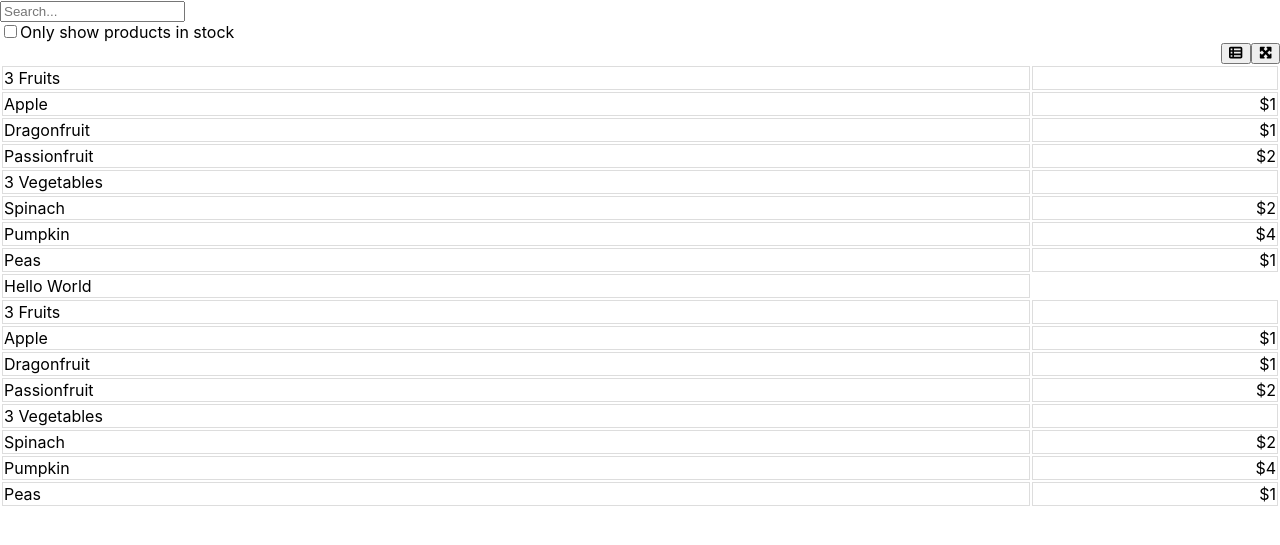
Repository: mariocapitbrok/reactjs-learn
Page: / (app in 05_filtered-data-table/)
The author's editor kept a copy of each file at every save. The page is drawn from the files as they stood at one save, then again after the next save.
The browser window is 1280 px wide. The pictures show the whole page.
The project was rebuilt for these pictures with package versions that can differ from the ones it lists, and the page was loaded fresh each time. Also part of the build but not shown: 05_filtered-data-table/src/components/Table/Caption.jsx, 05_filtered-data-table/src/components/Table/THead.jsx, 05_filtered-data-table/src/components/Table/TBody.jsx, 05_filtered-data-table/src/components/Table/Tr.jsx, 05_filtered-data-table/src/components/Table/Th.jsx.

Above is the page before, as saved 2023-02-28 14:00:19.

### 05_filtered-data-table/src/App.js
import SearchInput from './components/SearchInput'
import ToogleOption from './components/ToogleOption'
import Table from './components/Table'
import tableData from './data/tableData'
import './App.css'

function App() {
  return (
    <div className="App">
      <SearchInput />
      <ToogleOption />
      <Table id="my-table" data={tableData} />
    </div>
  )
}

export default App

### 05_filtered-data-table/src/components/SearchInput.jsx
function SearchInput() {
  return (
    <div>
      <input type="text" placeholder="Search..." />
    </div>
  )
}

export default SearchInput

### 05_filtered-data-table/src/components/ToogleOption.jsx
function ToogleOption() {
  return (
    <div>
      <label>
        <input type="checkbox" />
        {`Only show products in stock`}
      </label>
    </div>
  )
}

export default ToogleOption

### 05_filtered-data-table/src/components/Table.jsx
import TopMenu from './Table/TopMenu'
import '../App.css'

function Table({ id, classes, data }) {
  let className = classes ? classes : 'capitbrok'
  return (
    <>
      <TopMenu />
      <table id={id} className={className}>
        {data}
      </table>
    </>
  )
}

export default Table

### 05_filtered-data-table/src/data/tableData.js
import Caption from '../components/Table/Caption'
import THead from '../components/Table/THead'
import TBody from '../components/Table/TBody'
import TFoot from '../components/Table/TFoot'
import Tr from '../components/Table/Tr'
import Th from '../components/Table/Th'
import Td from '../components/Table/Td'

const products = require('./products')
const groupData = require('../components/Table/helpers/groupData')
const createUniqueKey = require('../components/Table/helpers/createUniqueKey')

const headers = {
  name: null,
  price: null,
}

let rows = []
let jsxRows = []

const categories = groupData(products, 'category').map(i => ({
  category: `${i.itemsCount} ${i.category}`,
  itemsCount: ``,
  items: i.items,
}))
categories.forEach(c => {
  const { items, ...rest } = c
  rows.push({ ...rest })
  rows.push(...items.map(i => ({ name: i.name, price: i.price })))
})

jsxRows.push(...createRows(rows, false))

/* console.log(createUniqueKey())
console.log(rows)
console.log(jsxRows) */

const tableData = (
  <>
    <TFoot>{jsxRows}</TFoot>
    <TFoot jsxRows={jsxRows} />
    <tbody>
      <tr>
        <Td>Hello World</Td>
      </tr>
    </tbody>
  </>
)

export default tableData

function createRows(rows, isHeader = false) {
  return rows.map(row => {
    const cells = createCells(row, isHeader)
    return <tr key={row.id || createUniqueKey()}>{cells}</tr>
  })
}

function createCells(row, isHeader = false) {
  return Object.entries(row).map(([key, value]) => {
    if (!Array.isArray(value)) {
      if (isHeader) {
        return (
          <th
            key={row.id ? `${row.id}-${key}` : createUniqueKey()}
            className={key}
          >
            {value}
          </th>
        )
      } else {
        return (
          <td
            key={row.id ? `${row.id}-${key}` : createUniqueKey()}
            className={key}
          >
            {value}
          </td>
        )
      }
    } else {
      return null
    }
  })
}

### 05_filtered-data-table/src/App.css

/* Table*/
#my-table {
  width: 100%;
}

#my-table th {
  text-align: left;
}

#my-table th, #my-table td {
  border: 1px solid #ddd;
}

td.price {
  text-align: right;
}

th {
  text-transform: capitalize;
}

th.description {
  min-width: 300px;
}

.image {
  max-width: 300px;
  overflow-wrap: break-word;
}

/* Table header menu */
.top-menu {
  float: right;
}

### 05_filtered-data-table/src/components/Table/TopMenu.jsx
import { FontAwesomeIcon } from '@fortawesome/react-fontawesome'
import { faMaximize, faTableList } from '@fortawesome/free-solid-svg-icons'
import '../../App.css'

function TopMenu() {
  return (
    <div className="top-menu">
      <button className="densityBtn">
        <FontAwesomeIcon icon={faTableList} />
      </button>
      <button className="fullScreenBtn">
        <FontAwesomeIcon icon={faMaximize} />
      </button>
    </div>
  )
}

export default TopMenu

### 05_filtered-data-table/src/components/Table/TFoot.jsx
function TFoot({ jsxRows, children, ...restProps }) {
  return (
    <tfoot {...restProps}>
      {jsxRows}
      {children}
    </tfoot>
  )
}

export default TFoot

### 05_filtered-data-table/src/components/Table/Td.jsx
function Td({ key, children, classes }) {
  let className = classes ? classes : 'capitbrok'

  return (
    <td key={key} className={className}>
      {children}
    </td>
  )
}

export default Td

### 05_filtered-data-table/src/data/products.js
const PRODUCTS = [
  { category: 'Fruits', price: '$1', stocked: true, name: 'Apple' },
  { category: 'Fruits', price: '$1', stocked: true, name: 'Dragonfruit' },
  { category: 'Fruits', price: '$2', stocked: false, name: 'Passionfruit' },
  { category: 'Vegetables', price: '$2', stocked: true, name: 'Spinach' },
  { category: 'Vegetables', price: '$4', stocked: false, name: 'Pumpkin' },
  { category: 'Vegetables', price: '$1', stocked: true, name: 'Peas' },
]

module.exports = PRODUCTS

### 05_filtered-data-table/src/components/Table/helpers/groupData.js
function groupData(data, categoryFieldName) {
  const categories = []

  data.forEach(item => {
    const categoryValue = item[categoryFieldName]

    if (!Array.isArray(categoryValue)) {
      const index = categories.findIndex(
        category => category.category === categoryValue
      )

      if (index === -1) {
        categories.push({
          category: categoryValue,
          items: [item],
          itemsCount: 1,
        })
      } else {
        categories[index].items.push(item)
        categories[index].itemsCount += 1
      }
    } else {
      categoryValue.forEach(value => {
        const index = categories.findIndex(
          category => category.category === value
        )

        if (index === -1) {
          categories.push({
            category: value,
            items: [item],
            itemsCount: 1,
          })
        } else {
          categories[index].items.push(item)
          categories[index].itemsCount += 1
        }
      })
    }
  })

  const categoriesB = categories.map(category => ({
    ...category,
    items: category.items.map(item => {
      const { [categoryFieldName]: ignored, ...rest } = item
      return rest
    }),
  }))

  return categoriesB
}

module.exports = groupData

### 05_filtered-data-table/src/components/Table/helpers/createUniqueKey.js
function createUniqueKey() {
  const randomStr = Math.random().toString(36).slice(2, 11)
  return `${randomStr}`
}

module.exports = createUniqueKey

Loaded but not shown: 05_filtered-data-table/public/index.html (common file); 05_filtered-data-table/src/index.js (common file); 05_filtered-data-table/src/index.css (common file); 05_filtered-data-table/src/reportWebVitals.js (common file)

After the next save:
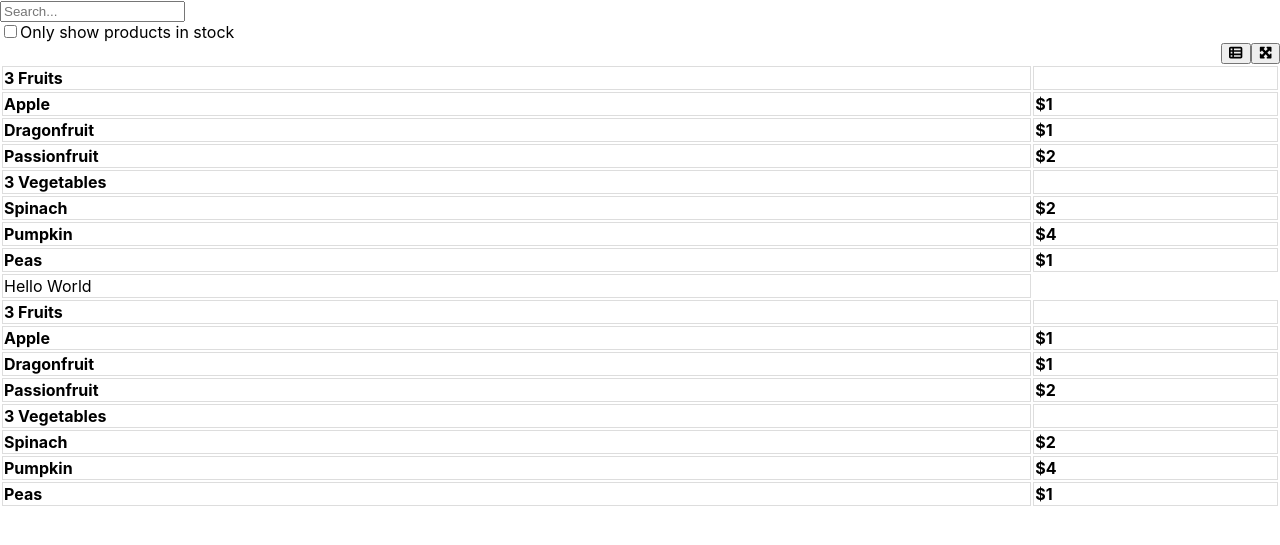
Saved 11 s later.
--- a/05_filtered-data-table/src/data/tableData.js
+++ b/05_filtered-data-table/src/data/tableData.js
@@ -29,7 +29,7 @@
   rows.push(...items.map(i => ({ name: i.name, price: i.price })))
 })
 
-jsxRows.push(...createRows(rows, false))
+jsxRows.push(...createRows(rows, true))
 
 /* console.log(createUniqueKey())
 console.log(rows)

After the save that followed:
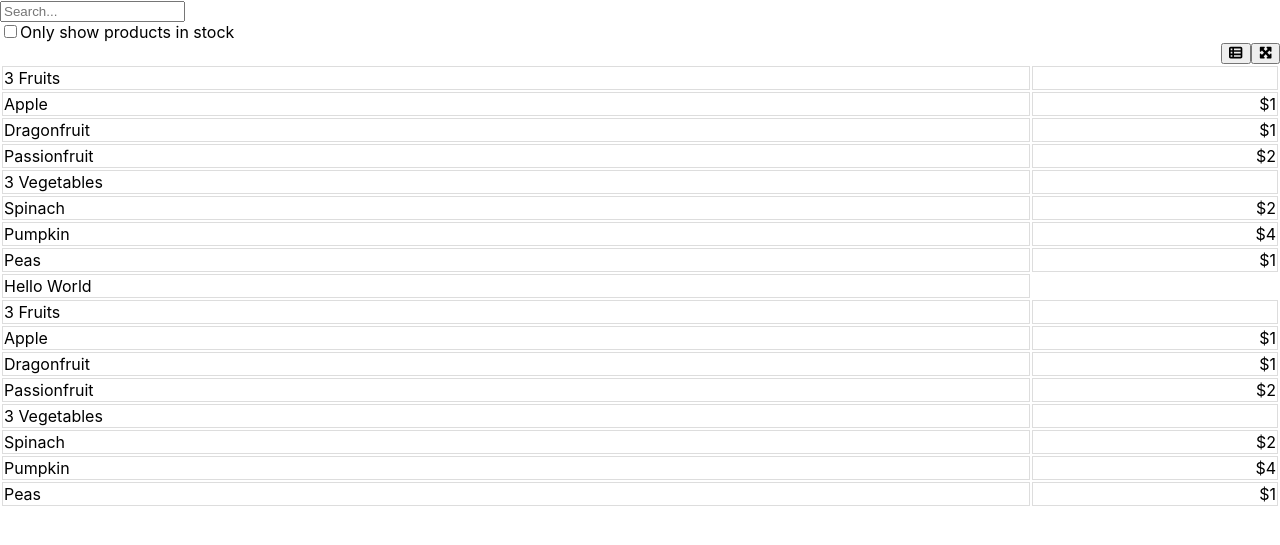
Saved 24 s later.
--- a/05_filtered-data-table/src/data/tableData.js
+++ b/05_filtered-data-table/src/data/tableData.js
@@ -29,7 +29,7 @@
   rows.push(...items.map(i => ({ name: i.name, price: i.price })))
 })
 
-jsxRows.push(...createRows(rows, true))
+jsxRows.push(...createRows(rows, false))
 
 /* console.log(createUniqueKey())
 console.log(rows)
